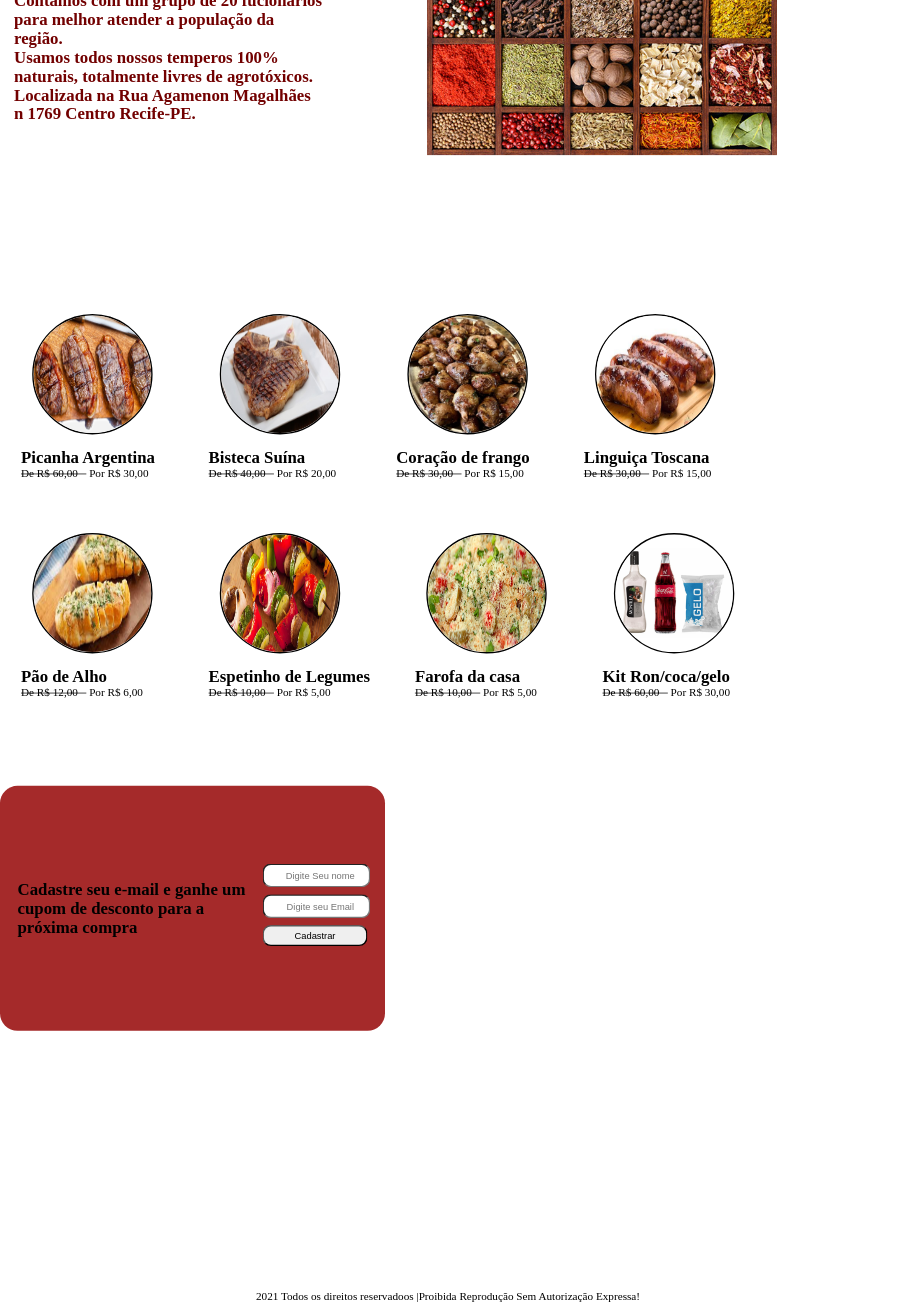
Repository: PauloMarquess/ProjetoBlackFriday
Page: index.html
The author's editor kept a copy of each file at every save. The page is drawn from the files as they stood at one save, then again after the next save.
The browser window is 1280 px wide. The page is 1320 px wide, so the pictures cover 1320 px, including what lies to the right of the window. The pictures show the part of the page from y = 992 to 2872 px (the page is 2872 px tall), at 70% of full size.

Above is the page before, as saved 2021-07-15 20:26:59.

### index.html
<!DOCTYPE html>
<html lang="pt-Br">

<head>
    <meta charset="UTF-8">
    <meta http-equiv="X-UA-Compatible" content="IE=edge">
    <meta name="viewport" content="width=device-width, initial-scale=1.0">
    <link rel="stylesheet" href="./css/style.css">
    <title>Churrascão do Paulão</title>
</head>

<body>
    <header role="navigation" id="menu">
        <div class="container-menu">
            <nav class="menu">

                <a href="#">Inicio</a>
                <a href="#sobre">Sobre</a>
                <a href="#produtos">Promoções</a>
                <a href="#formulario">Cadastre-se</a>

            </nav>
        </div>
    </header>

    <section class="container background-section">
        <img src="./img/icone.jpeg ">
        <h3>Não é só a grama do vizinho que é sempre mais verde, o churrasco dele também é sempre mais cheiroso.</h3>
        <p>Supreenda seus amigos naquele domingão ,aproveite a semana de promoção do churrascão do Paulão !</p>
        <p>Todo nosso cardápio com 50% de desconto,aproveite</p>

    </section>

    <section id="sobre">
        <div class="container-sobre">
            <h2>Somos uma loja especializada em carnes de churrasco e bebidas . <br>
             Contamos com um grupo de 20 fucionários para melhor atender a população da região.<br>
             Usamos todos nossos temperos 100% naturais, totalmente livres de agrotóxicos.
            <br>Localizada na Rua Agamenon Magalhães n 1769 Centro  Recife-PE.</h2>

            <img src="./img/temperos-naturais-imagem.jpg">
        </div>

    </section>
    <div class="container-card">

    <section id="produtos">
        <div class="card">
            <img src="./img/picanha.jpg" alt="Picanha Argentina">
            <h2>Picanha Argentina</h2>
            <p><s> De R$ 60,00  &nbsp;&nbsp;</s>   Por R$ 30,00</p>
        </div>

        <div class="card">
            <img src="./img/bisteca_suina.jpg" alt="Bisteca Suína">
            <h2>Bisteca Suína</h2>
            <p><s> De R$ 40,00  &nbsp;&nbsp;</s>   Por R$ 20,00</p>
        </div>

        <div class="card">
            <img src="./img/Coração-De-Frango.jpg" alt="Coração de frango">
            <h2>Coração de frango</h2>
            <p><s> De R$ 30,00  &nbsp;&nbsp;</s>   Por R$ 15,00</p>
        </div>

        <div class="card">
            <img src="./img/linguica_toscana.jpg" alt="Linguiça Toscana">
            <h2>Linguiça Toscana</h2>
            <p><s> De R$ 30,00  &nbsp;&nbsp;</s>   Por R$ 15,00</p>
        </div>

        <div class="card">
            <img src="./img/pao-de-alho.jpg" alt="Pão de alho">
            <h2>Pão de Alho</h2>
            <p><s> De R$ 12,00  &nbsp;&nbsp;</s>   Por R$ 6,00</p>
        </div>

        <div class="card">
            <img src="./img/espetinho_de_legumes.jpeg" alt="Espetinho de Legumes">
            <h2>Espetinho de Legumes</h2>
            <p><s> De R$ 10,00  &nbsp;&nbsp;</s>   Por R$ 5,00</p>
        </div>

        <div class="card">
            <img src="./img/farofa-leve-para-churrasco.jpg" alt="Farofa da casa">
            <h2>Farofa da casa</h2>
            <p><s> De R$ 10,00  &nbsp;&nbsp;</s>   Por R$ 5,00</p>
        </div>

        <div class="card">
            <img src="./img/ron-coca-gelo.png" alt="kit ron coca gelo">
            <h2>Kit Ron/coca/gelo</h2>
            <p><s> De R$ 60,00  &nbsp;&nbsp;</s>   Por R$ 30,00</p>
        </div>

    </section>

</div>

        <div class="container-cadastro">
    <section id="formulario">
        <h2>Cadastre seu e-mail e ganhe um cupom de desconto para a próxima compra</h2>
        <div id="content">
            <form id="form">
                <input type="text" placeholder="   Digite Seu nome" id="name">
                <input type="email" placeholder="   Digite seu Email" id="email">
                <input type="submit" value="Cadastrar">

            </form>
        </div>
     </div>
    </section>
    <footer>2021 Todos os direitos reservadoos |Proibida Reprodução Sem Autorização Expressa!</footer>

</body>
<script src="./script.js"></script>

</html>

### css/style.css
* {
    padding: 0;
    margin:0;
    list-style: none;


}
html{
    scroll-behavior: smooth;
}

header {
    position: sticky;
    top: 0;



}
header .container-menu{
    display: flex;
    flex-direction: row;
    align-items: center;
    justify-content: space-around;
    padding: 20px;


}
header .container-menu a {
    margin: 4rem;
    padding: 20px;
}

header nav a:hover {
    color: #a8a8a7;
}


.container{
    width: 100%;
    height: 85vh;
    display: inline-block;
    align-items: center;
    color: black;
    font-size: 20px;
    padding: 20px;
}
.container img {
    width: 200px;
    height: 200px;
    border-radius: 25px;
    opacity: 90%;

}
.background-section {
    background-image: url(../img/barbecue-820010_1280.jpg)

}

#sobre {
    width: 100%;
    height: 95vh;

}
#sobre .container-sobre {
    padding: 20px;
    align-items: center;
    display: flex;

}
#sobre .container-sobre img {
    padding: 150px;
    font-size: 1rem;

}
#sobre .container-sobre h2 {
    color: #720000;
}

#produtos {
    width: 100%;
    height: 100vh;
}
#produtos img{
    width: 168px;
   height: 168px;
   border-radius: 103%;
   border: 2px solid black;
   margin: 1rem;
}

.container-card #produtos .card {
    display:inline-block;
    align-items: center;
    margin: 30px;


  }

.container-cadastro {
    width:100%;
    height: 100vh;
    justify-content: center;
}

#formulario {
    display: flex;
    justify-content: center;
    background-color: brown;
    border-radius: 25px;
    padding: 25px;
    align-items: center;
    width: 500px;
    height: 300px;



}
#formulario form {

    display: grid;
    width: 150px;
    align-items: center;
    justify-content: center;
}
input {
   width: 100%;
   border-radius: 12px;
   height: 30px;
   margin-bottom: 10px;
   text-align: center;

}
#form{

    display: flex;
    justify-content: center;
    align-items: center;
}
  footer {
      padding-bottom: 20px;
      align-items: center;
      display: flex;
      justify-content: center;
  }

### script.js
const form = document.getElementById ('form')

form.addEventListener('submit',(e) =>{
    e.preventDefault()
    let nome =document.getElementById('name').value;
    let email =document.getElementById('email').value;
    console.log(nome,email)
    let data ={
        nome,email,
    }
let converteData =JSON.stringify(data);
localStorage.setItem('lead',converteData)

let content = document.getElementById('content')

let carregando = `<p>carregando...</p>`

let enviado =`<p>Cadastrado com sucesso</p>`

content.innerHTML =carregando

setTimeout(() => {
content.innerHTML = enviado
},1500)

})

After the next save:
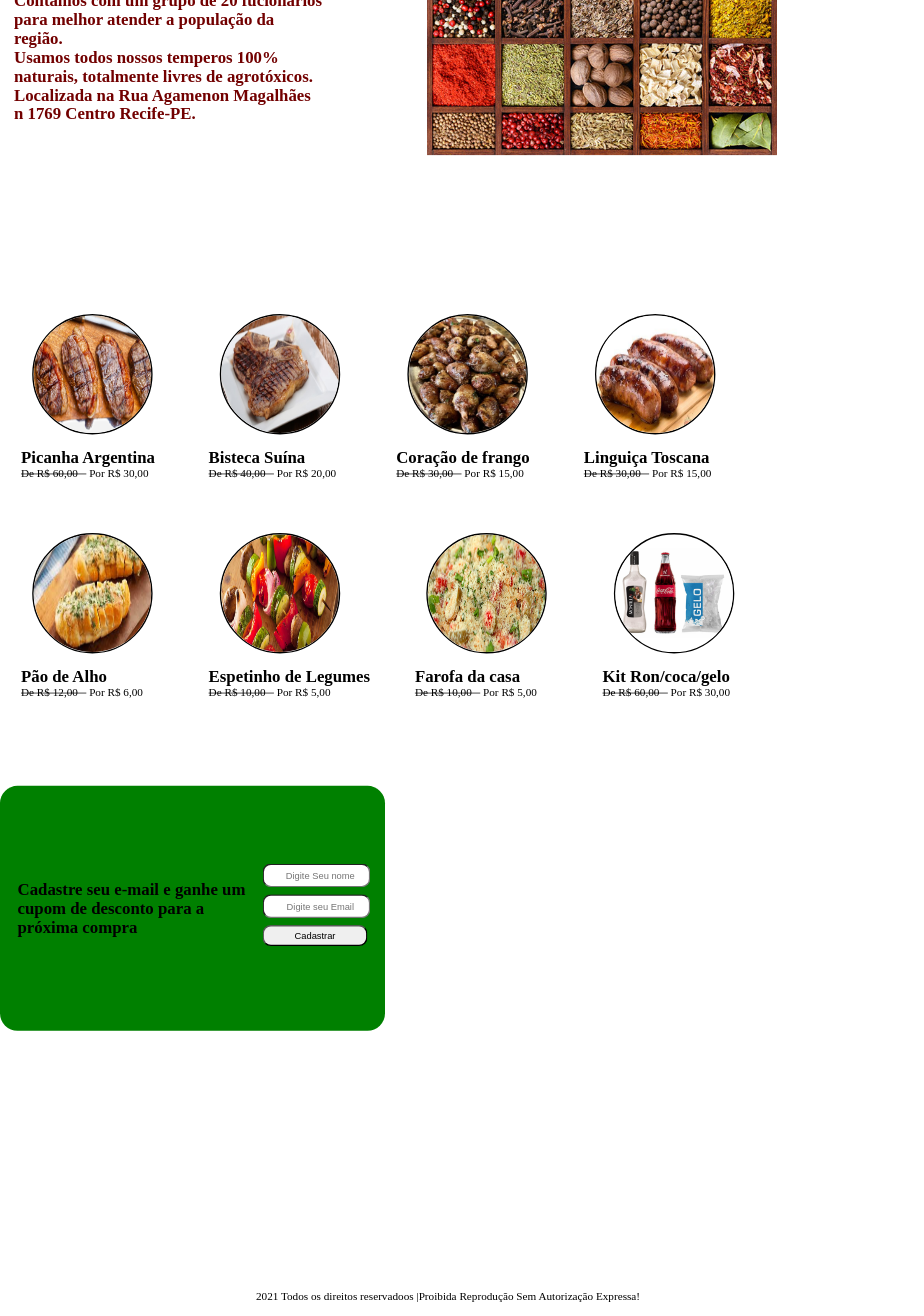
Saved 13 s later.
--- a/css/style.css
+++ b/css/style.css
@@ -105,7 +105,7 @@
 #formulario {
     display: flex;
     justify-content: center;
-    background-color: brown;
+    background-color: green;
     border-radius: 25px;
     padding: 25px;
     align-items: center;
